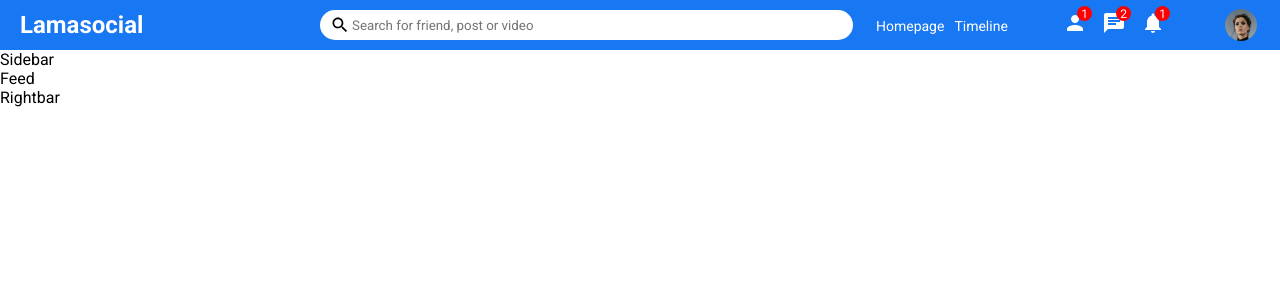
Repository: nazlinres01/react-social
Page: / (app in client/)
These files come from the project's save history. The page is drawn as it stood at one moment and after the next save; the edit follows.
The browser window is 1280 px wide. The pictures show the whole page.
The project was rebuilt for these pictures with package versions that can differ from the ones it lists, and the page was loaded fresh each time. Also part of the build but not shown: client/src/components/feed/feed.css, client/src/components/rightbar/rightbar.css, client/src/components/sidebar/sidebar.css.

Above is the page before, as saved 2024-06-07 22:46:59.

After the next save:
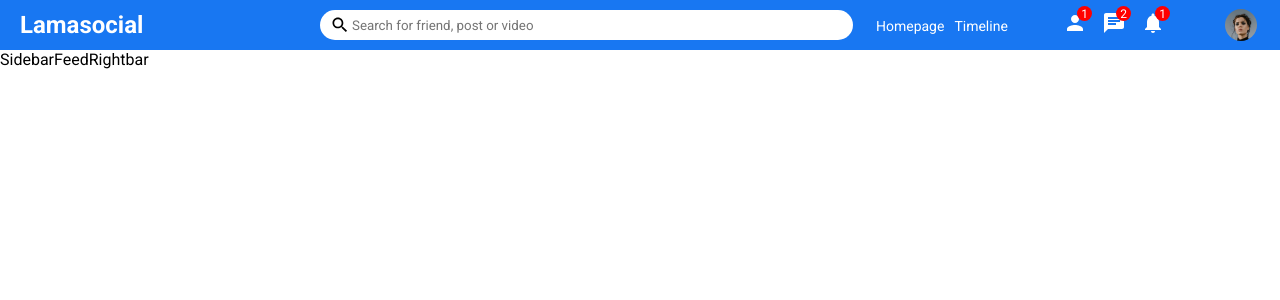
Saved 42 s later.
--- a/client/src/pages/home/Home.jsx
+++ b/client/src/pages/home/Home.jsx
@@ -2,6 +2,7 @@ import Feed from "../../components/feed/Feed";
 import Rightbar from "../../components/rightbar/Rightbar";
 import Sidebar from "../../components/sidebar/Sidebar";
 import Topbar from "../../components/topbar/Topbar";
+import "./home.css"
 
 export default function Home() {
     return (
